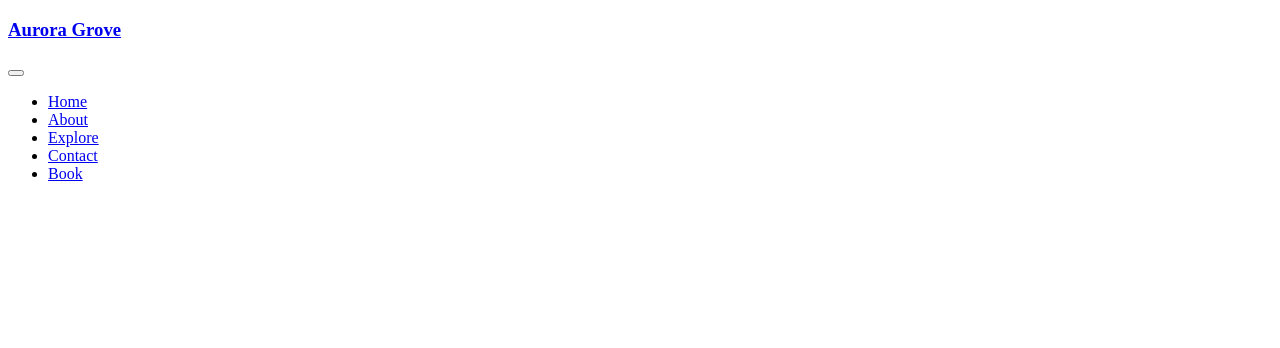
Repository: minhtien9/AuroraGrove
Page: index.html
These files come from the project's save history. The page is drawn as it stood at one moment and after the next save; the edit follows.
The browser window is 1280 px wide. The pictures show the whole page.
The style sheet was rebuilt from its Sass, Less or Tailwind sources for each picture, by a compiler version that may differ from the author's.

Above is the page before, as saved 2021-12-03 16:23:24.

### index.html
<!DOCTYPE html>
<html lang="en">
    <head>
        <meta charset="UTF-8" />
        <meta http-equiv="X-UA-Compatible" content="IE=edge" />
        <meta name="viewport" content="width=device-width, initial-scale=1.0" />
        <link
            rel="stylesheet"
            href="https://cdnjs.cloudflare.com/ajax/libs/font-awesome/6.0.0-beta3/css/all.min.css"
            integrity="sha512-Fo3rlrZj/k7ujTnHg4CGR2D7kSs0v4LLanw2qksYuRlEzO+tcaEPQogQ0KaoGN26/zrn20ImR1DfuLWnOo7aBA=="
            crossorigin="anonymous"
            referrerpolicy="no-referrer"
        />
        <!-- GOOGLE FONT -->
        <link rel="preconnect" href="https://fonts.googleapis.com" />
        <link rel="preconnect" href="https://fonts.gstatic.com" crossorigin />
        <link
            href="https://fonts.googleapis.com/css2?family=Open+Sans:wght@300&family=Raleway:wght@100;300;500;700&display=swap"
            rel="stylesheet"
        />
        <link
            href="https://fonts.googleapis.com/css2?family=Questrial&display=swap"
            rel="stylesheet"
        />
        <link rel="stylesheet" href="css/main.css" />
        <title>Aurora Grove</title>
    </head>
    <body>
        <!-- Navbar -->
        <nav class="navbar navbar-expand-md navbar-dark">
            <a href="#" class="navbar-brand">
                <h3 class="mb-0">Aurora Grove</h3>
            </a>
            <button
                class="navbar-toggler"
                data-toggle="collapse"
                data-target="#mainNavbar"
            >
                <span class="navbar-toggler-icon"></span>
            </button>
            <div class="collapse navbar-collapse" id="mainNavbar">
                <ul class="navbar-nav ml-auto">
                    <li class="nav-item">
                        <a href="#" class="nav-link">Home</a>
                    </li>
                    <li class="nav-item">
                        <a href="#" class="nav-link">About</a>
                    </li>
                    <li class="nav-item">
                        <a href="#" class="nav-link">Explore</a>
                    </li>
                    <li class="nav-item">
                        <a href="#" class="nav-link">Contact</a>
                    </li>
                    <li class="nav-item">
                        <a href="#" class="nav-link">Book</a>
                    </li>
                </ul>
            </div>
        </nav>

        <!-- Section Showcase -->
        <section id="showcase" class="d-flex justify-content-center">
            <div class="overlay"></div>
            <div id="header" class="container text-white text-center"></div>
        </section>
        <!-- Bootstrap JS -->
        <script
            src="https://cdn.jsdelivr.net/npm/jquery@3.5.1/dist/jquery.slim.min.js"
            integrity="sha384-DfXdz2htPH0lsSSs5nCTpuj/zy4C+OGpamoFVy38MVBnE+IbbVYUew+OrCXaRkfj"
            crossorigin="anonymous"
        ></script>
        <script
            src="https://cdn.jsdelivr.net/npm/bootstrap@4.6.1/dist/js/bootstrap.bundle.min.js"
            integrity="sha384-fQybjgWLrvvRgtW6bFlB7jaZrFsaBXjsOMm/tB9LTS58ONXgqbR9W8oWht/amnpF"
            crossorigin="anonymous"
        ></script>
    </body>
</html>

### scss/main.scss
// combines 2 files

After the next save:
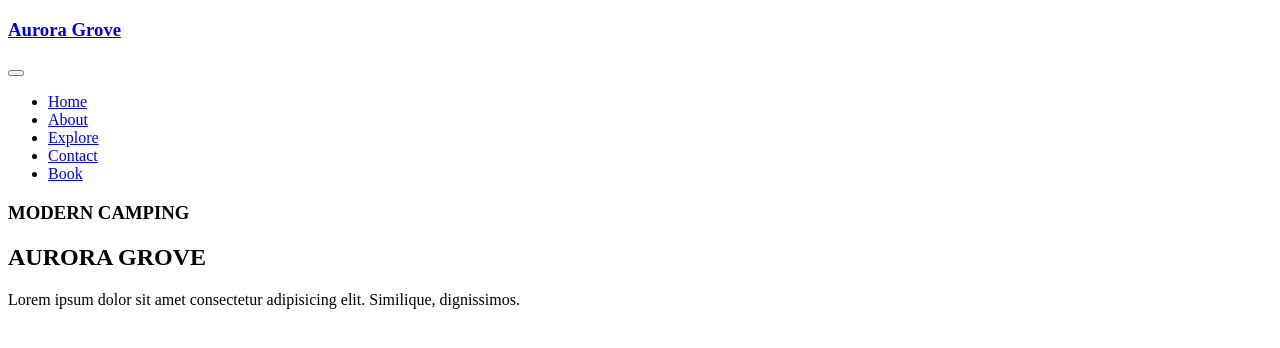
Saved 7 min 6 s later.
--- a/index.html
+++ b/index.html
@@ -60,9 +60,19 @@
         </nav>
 
         <!-- Section Showcase -->
-        <section id="showcase" class="d-flex justify-content-center">
-            <div class="overlay"></div>
-            <div id="header" class="container text-white text-center"></div>
+        <section
+            id="showcase"
+            class="d-flex justify-content-center align-items-center"
+        >
+            <div id="overlay"></div>
+            <div id="header" class="container text-white text-center">
+                <h3 class="display-5 mb-0">MODERN CAMPING</h3>
+                <h1 class="display-1">AURORA GROVE</h1>
+                <p class="lead d-none d-md-block">
+                    Lorem ipsum dolor sit amet consectetur adipisicing elit.
+                    Similique, dignissimos.
+                </p>
+            </div>
         </section>
         <!-- Bootstrap JS -->
         <script
